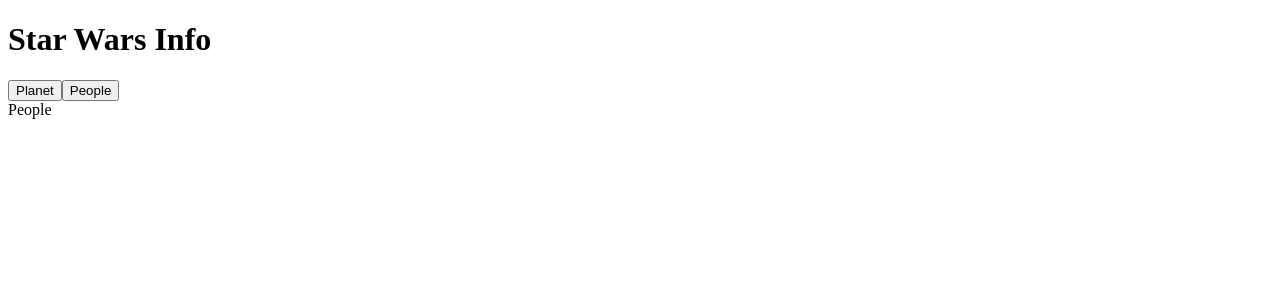
Repository: mireu-san/jikan-react-query
Page: /
The author's editor kept a copy of each file at every save. The page is drawn from the files as they stood at one save, then again after the next save.
The browser window is 1280 px wide. The pictures show the whole page.
The project was rebuilt for these pictures with package versions that can differ from the ones it lists, and the page was loaded fresh each time. Also part of the build but not shown: src/components/Planets.js.

Above is the page before, as saved 2022-11-29 19:27:28.

### src/index.js
import React from "react";
import ReactDOM from "react-dom";
import App from "./App";
import { QueryClient, QueryClientProvider } from "react-query";

const queryClient = new QueryClient();

ReactDOM.render(
  <React.StrictMode>
    <QueryClientProvider client={queryClient}>
      <App />
    </QueryClientProvider>
  </React.StrictMode>,
  document.getElementById("root")
);

### src/App.js
import React, { useState } from "react";
import Navbar from "./components/Navbar";
import Planets from "./components/Planets";
import People from "./components/People";

function App() {
  const [page, setPage] = useState();

  return (
    <div className="App">
      <h1>Star Wars Info</h1>
      <Navbar setPage={setPage} />
      <div className="content">
        {page === "planets" ? <Planets /> : <People />}
      </div>
    </div>
  );
}
export default App;

// import { BrowserRouter as Router, Routes, Route } from "react-router-dom";
// import { Home } from "./Home";
// import { QueryClient, QueryClientProvider } from "@tanstack/react-query";

// function App() {
//   const client = new QueryClient({
//     defaultOptions: {
//       queries: {
//         refetchOnWindowFocus: true,
//       },
//     },
//   });
//   return (
//     <div className="App">
//       <QueryClientProvider client={client}>
//         <Router>
//           <Routes>
//             <Route path="/" element={<Home />} />
//             <Route path="*" element={<h1> PAGE NOT FOUND</h1>} />
//           </Routes>
//         </Router>
//       </QueryClientProvider>
//     </div>
//   );
// }

// export default App;

### src/components/Navbar.js
import React from "react";

const Navbar = ({ setPage }) => {
  return (
    <nav>
      <button onClick={() => setPage("planets")}>Planet</button>
      <button onClick={() => setPage("people")}>People</button>
    </nav>
  );
};

export default Navbar;

### src/components/People.js
import React from "react";

export default function People() {
  return <div>People</div>;
}

Loaded but not shown: public/index.html (common file)

After the next save:
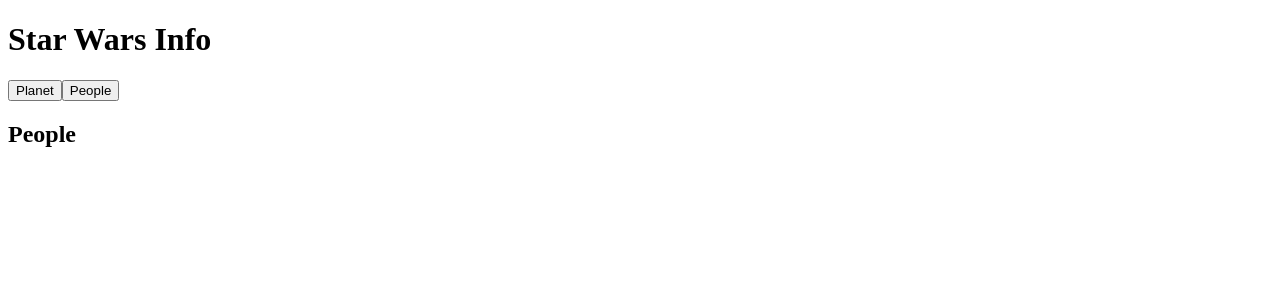
Saved 16 s later.
--- a/src/components/People.js
+++ b/src/components/People.js
@@ -1,5 +1,11 @@
 import React from "react";
 
-export default function People() {
-  return <div>People</div>;
-}
+const People = () => {
+  return (
+    <div>
+      <h2>People</h2>
+    </div>
+  );
+};
+
+export default People;
